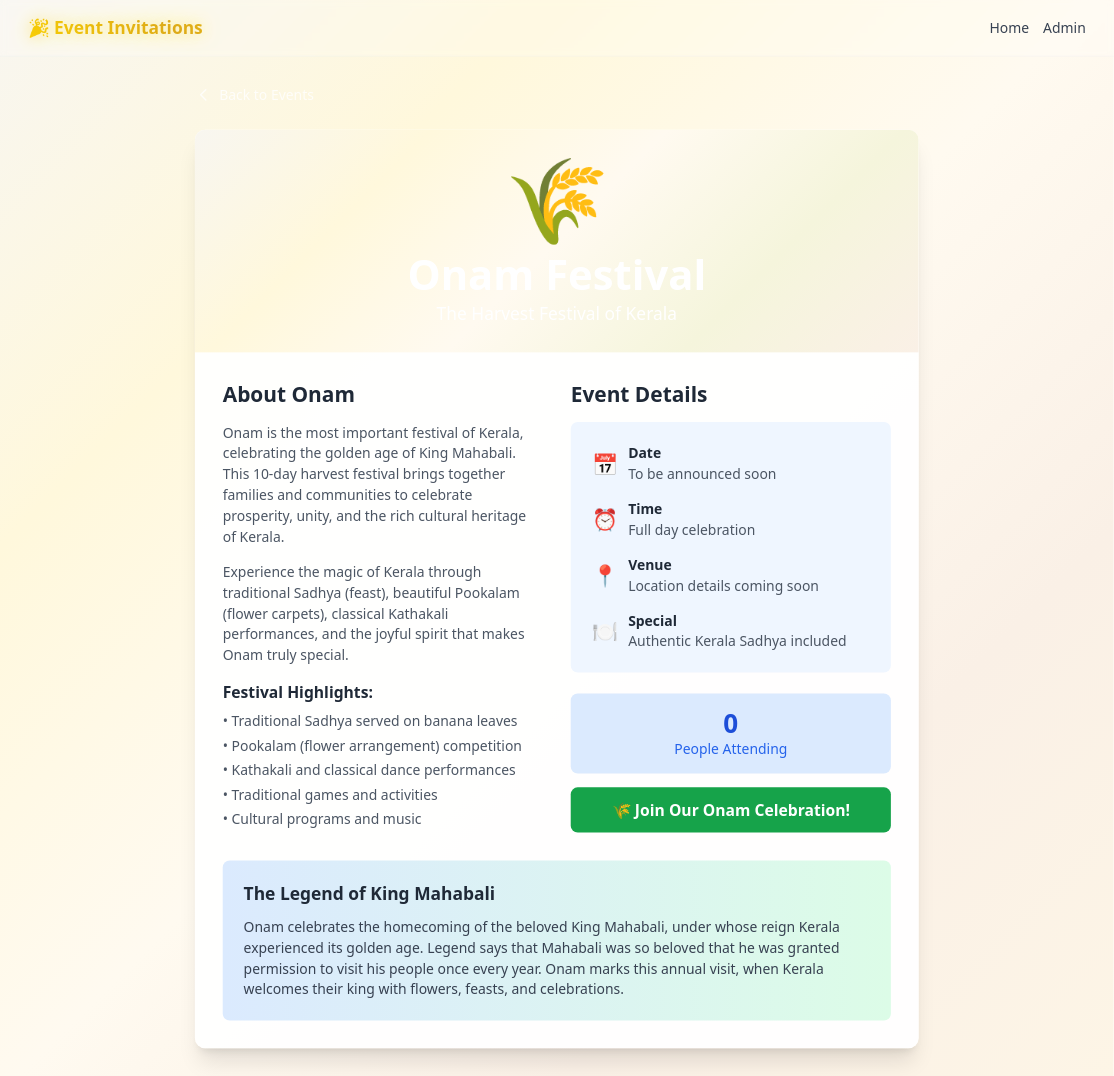
Repository: nanduldas/invitation
Page: http://localhost/event/onam
The author's editor kept a copy of each file at every save. The page is drawn from the files as they stood at one save, then again after the next save.
The browser window is 1280 px wide. The pictures show the whole page, at 87% of full size.
Some web libraries are served in a nearby version. The page is served by the project's Laravel application, run on PHP 8.4 with Laravel 12. Queries for data that is not in the repository find no rows.

Above is the page before, as saved 2025-08-22 23:53:20.

After the next save:
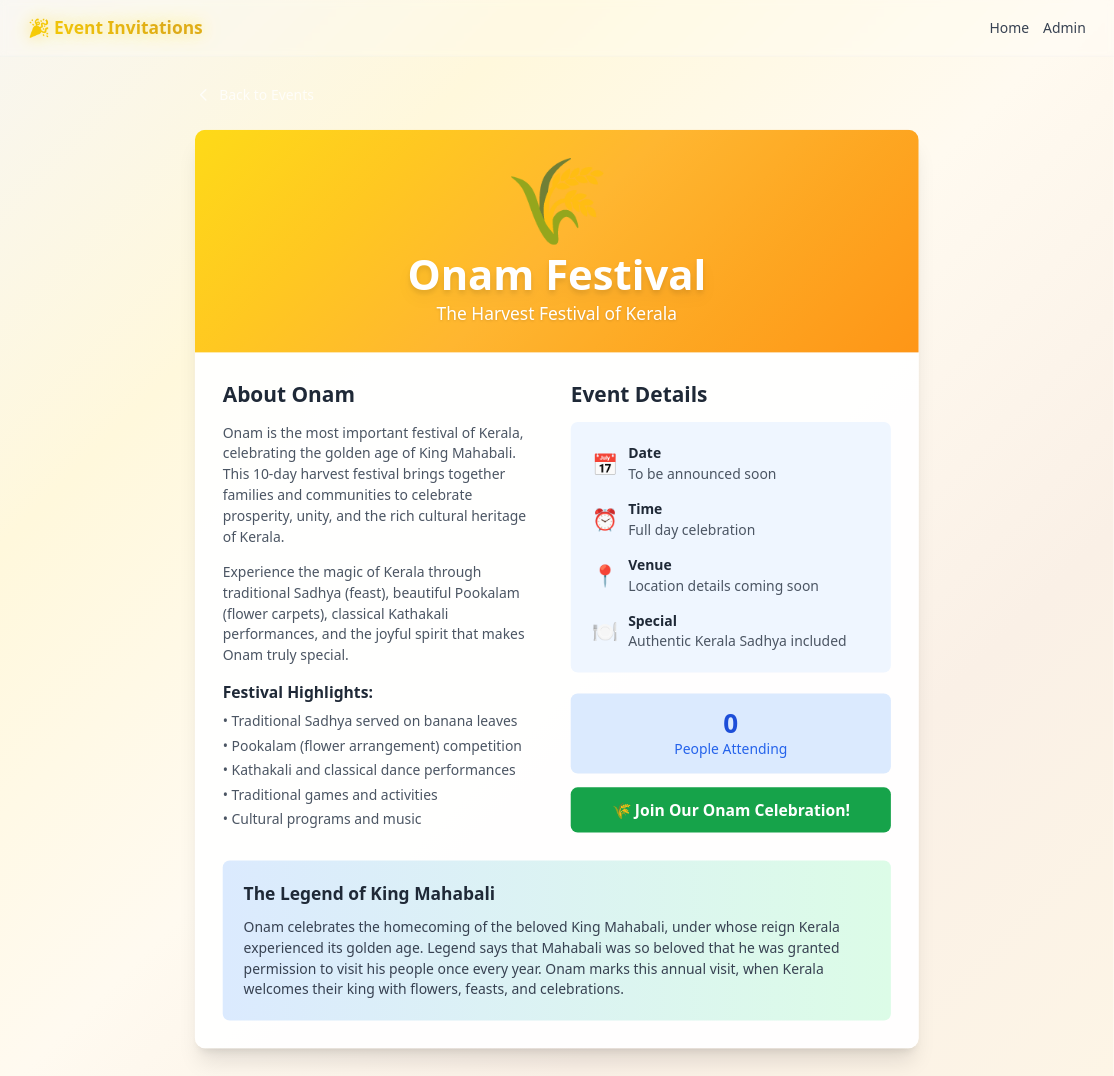
Saved 10 s later.
--- a/resources/views/events/show.blade.php
+++ b/resources/views/events/show.blade.php
@@ -111,11 +111,13 @@
     @else
         <!-- Onam Event Details -->
         <div class="bg-white/95 rounded-xl shadow-xl overflow-hidden">
-            <div class="gradient-onam h-64 flex items-center justify-center">
-                <div class="text-center text-white">
-                    <div class="text-8xl mb-4">🌾</div>
-                    <h1 class="text-4xl md:text-5xl font-bold">Onam Festival</h1>
-                    <p class="text-xl mt-2">The Harvest Festival of Kerala</p>
+            <div class="gradient-onam h-64 relative">
+                <div class="onam-overlay h-full flex items-center justify-center">
+                    <div class="text-center text-white">
+                        <div class="text-8xl mb-4">🌾</div>
+                        <h1 class="text-4xl md:text-5xl font-bold drop-shadow-lg">Onam Festival</h1>
+                        <p class="text-xl mt-2 drop-shadow">The Harvest Festival of Kerala</p>
+                    </div>
                 </div>
             </div>
 
